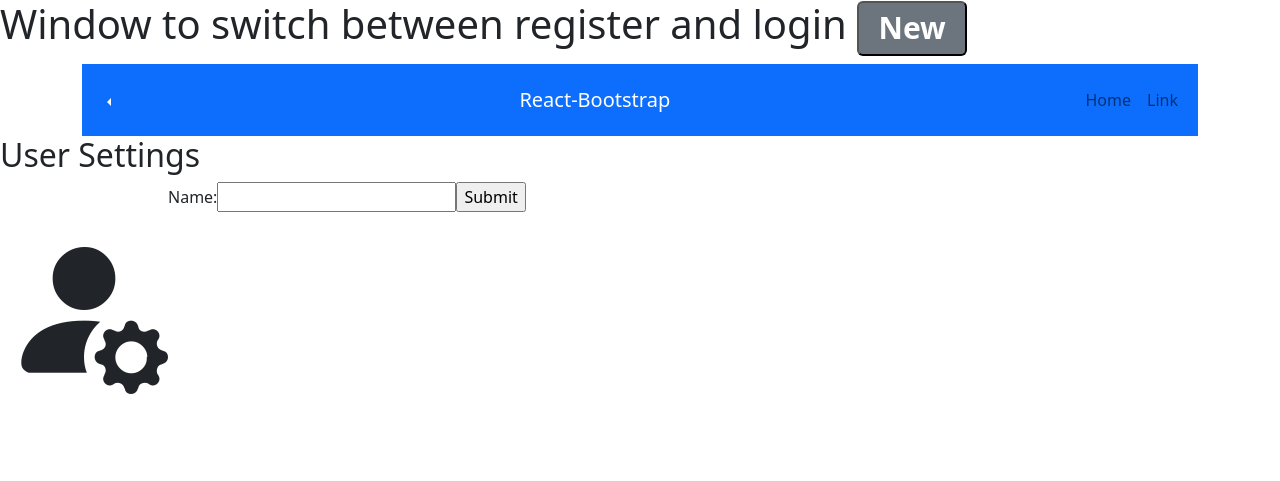
Repository: christenis98/RealWorldApp
Page: / (app in bank-frontend/)
These files come from the project's save history. The page is drawn as it stood at one moment and after the next save; the edit follows.
The browser window is 1280 px wide. The pictures show the whole page.
The project was rebuilt for these pictures with package versions that can differ from the ones it lists, and the page was loaded fresh each time. Also part of the build but not shown: bank-frontend/src/App.css.

Above is the page before, as saved 2022-11-24 12:23:26.

After the next save:
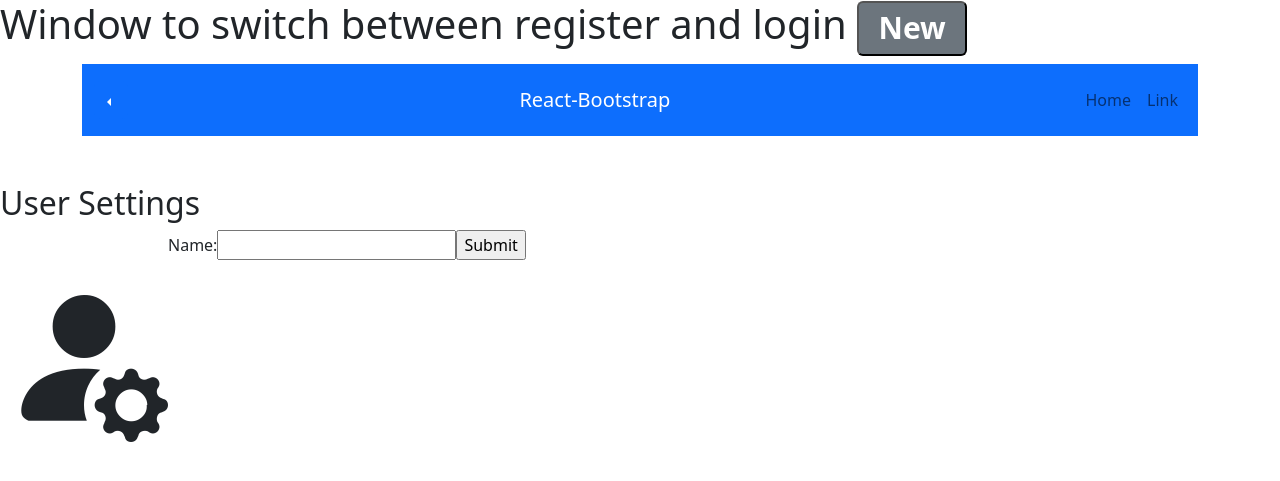
Saved 64 s later.
--- a/bank-frontend/src/js/UserSettings.jsx
+++ b/bank-frontend/src/js/UserSettings.jsx
@@ -2,7 +2,7 @@
 
 function UserSettings() {
     return (
-        <div className="d-flex flex-column bd-highlight mb-3">
+        <div className="d-flex flex-column bd-highlight mb-3 pt-5">
             <h2>User Settings</h2>
             <div className="d-flex flex-row bd-highlight mb-3">
                 <i className="bi bi-person-fill-gear" style={{ fontSize: "1050%" }}></i>

After the save that followed:
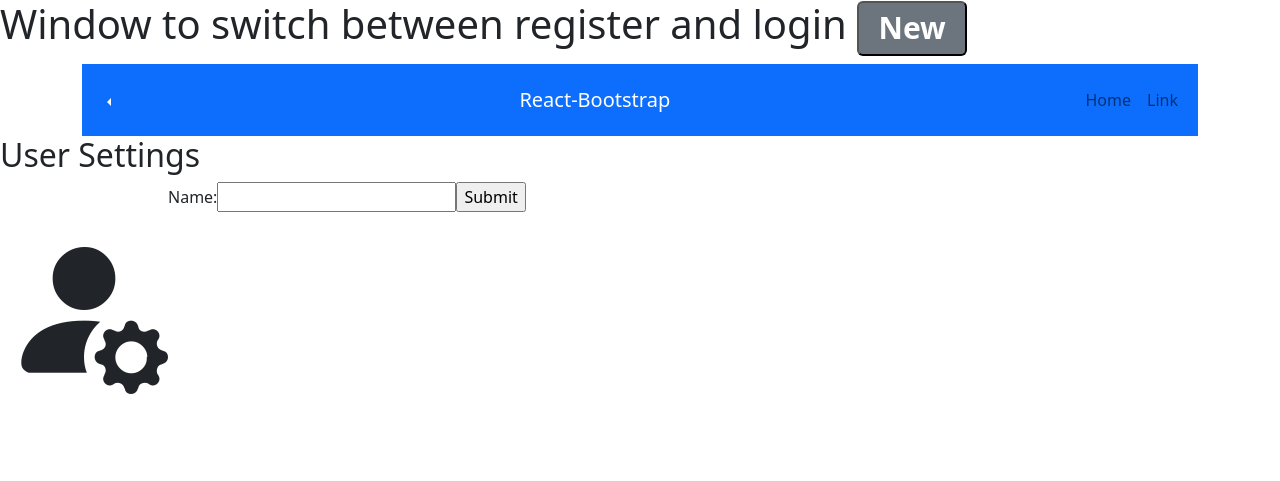
Saved 89 s later.
--- a/bank-frontend/src/js/UserSettings.jsx
+++ b/bank-frontend/src/js/UserSettings.jsx
@@ -2,7 +2,7 @@
 
 function UserSettings() {
     return (
-        <div className="d-flex flex-column bd-highlight mb-3 pt-5">
+        <div className="d-flex flex-column bd-highlight mb-3 padding-x">
             <h2>User Settings</h2>
             <div className="d-flex flex-row bd-highlight mb-3">
                 <i className="bi bi-person-fill-gear" style={{ fontSize: "1050%" }}></i>
